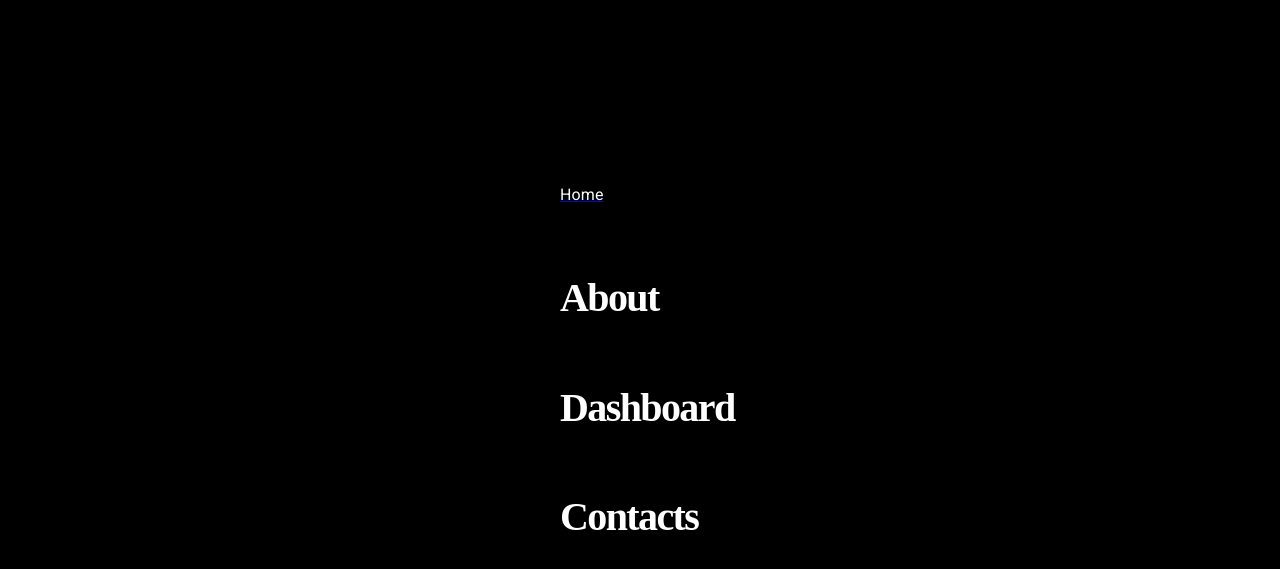
Repository: Rinzlerte/react-reveale-animation
Page: /menu
These files come from the project's save history. The page is drawn as it stood at one moment and after the next save; the edit follows.
The browser window is 1280 px wide. The pictures show the whole page.
The project was rebuilt for these pictures with package versions that can differ from the ones it lists, and the page was loaded fresh each time. Also part of the build but not shown: src/components/home/Featured.jsx, src/components/home/Header.jsx, src/components/ui/ArrowBtn.js, src/components/home/Home.jsx.

Above is the page before, as saved 2019-10-18 23:52:28.

### public/index.html
<!DOCTYPE html>
<html lang="en">
  <head>
    <meta charset="utf-8" />
    <link rel="icon" href="%PUBLIC_URL%/favicon.ico" />
    <meta name="viewport" content="width=device-width, initial-scale=1" />
    <meta name="theme-color" content="#000000" />
    <meta
      name="description"
      content="Web site created using create-react-app"
    />
    <link rel="apple-touch-icon" href="logo192.png" />
    <link rel="stylesheet" href="https://fonts.googleapis.com/css?family=Roboto:300,400,500,700&display=swap" />
    <!--
      manifest.json provides metadata used when your web app is installed on a
      user's mobile device or desktop. See https://developers.google.com/web/fundamentals/web-app-manifest/
    -->
    <link rel="manifest" href="%PUBLIC_URL%/manifest.json" />
    <!--
      Notice the use of %PUBLIC_URL% in the tags above.
      It will be replaced with the URL of the `public` folder during the build.
      Only files inside the `public` folder can be referenced from the HTML.

      Unlike "/favicon.ico" or "favicon.ico", "%PUBLIC_URL%/favicon.ico" will
      work correctly both with client-side routing and a non-root public URL.
      Learn how to configure a non-root public URL by running `npm run build`.
    -->
    <title>React App</title>
  </head>
  <body>
    <noscript>You need to enable JavaScript to run this app.</noscript>
    <div id="root"></div>
    <!--
      This HTML file is a template.
      If you open it directly in the browser, you will see an empty page.

      You can add webfonts, meta tags, or analytics to this file.
      The build step will place the bundled scripts into the <body> tag.

      To begin the development, run `npm start` or `yarn start`.
      To create a production bundle, use `npm run build` or `yarn build`.
    -->
  </body>
</html>

### src/App.js
import React, { Component } from 'react';
import Home from './components/home/Home';
import Navigation from './components/navigation/Navigation';

import { BrowserRouter, Route } from 'react-router-dom';


import './Resources/styles.css'

export default class App extends Component {
  render() {
    return (
      <BrowserRouter >
        <Route exact path="/" render={() => <Home />} />
        <Route path="/menu" render={() => <Navigation />}/>
      </BrowserRouter>
    )
  }
}

### src/components/navigation/Navigation.jsx
import React from 'react';
import List from '@material-ui/core/List';
import ListItem from '@material-ui/core/ListItem';
import ListItemText from '@material-ui/core/ListItemText';
import Divider from '@material-ui/core/Divider';

import './Navigation.css';
import {Link} from 'react-router-dom';

const Navigation = () =>  (
    <div className="menu"  style={{ height:`${window.innerHeight}px`}}>
        <List className="menu-box">
            <ListItem>
                <Link  to="/">
                    <ListItemText primary="Home" className="menu-box-link"/>
                </Link>
            </ListItem>
            <Divider/>
            <ListItem><Link className="menu-box-link" to="/about">About</Link></ListItem>
            <Divider/>
            <ListItem><Link className="menu-box-link" to="/proects">Dashboard</Link></ListItem>
            <Divider/>
            <ListItem><Link className="menu-box-link" to="/contacts">Contacts</Link></ListItem>
        </List>
    </div>
);

export default Navigation;

### src/Resources/styles.css
body {
  margin: 0;
  font-family: -apple-system, BlinkMacSystemFont, "Segoe UI", "Roboto", "Oxygen",
    "Ubuntu", "Cantarell", "Fira Sans", "Droid Sans", "Helvetica Neue",
    sans-serif;
  -webkit-font-smoothing: antialiased;
  -moz-osx-font-smoothing: grayscale;
  padding: 0;
  box-sizing: border-box;
  font-family: "Roboto", sans-serif;
}

code {
  font-family: source-code-pro, Menlo, Monaco, Consolas, "Courier New",
    monospace;
}

.home{
  width: 100%;
}

.header_logo{
  color: white;
  font-size: 28px;
}

.home{
  display: flex;
  justify-content: space-between;
  align-items: center;
  flex-direction: column;
}
.footer{
  bottom: 0;
  position: absolute;
  display: block;
  width: 100%;
  height: 80px;
  z-index: 99;
  display: flex;
  align-items: center;
  justify-content: space-around;
}

.myarrow{
  background-size: cover !important;
  display: block;
}

### src/components/navigation/Navigation.css
.menu{
    width: 100%;
    display: flex;
    justify-content: space-around;
    flex-direction: column;
    align-items: center;
    background-color: #000000;
}

.menu-box{
    pointer-events: none;
    opacity: 1;
    width: 550px;
    /* transform: matrix(1.1, 0, 0, 1.1, 341, 228); */
    height: 400px;
    display: flex;
    justify-content: space-around;
    flex-direction: column;
    align-content: center;
}

.menu-box-link{
    display: block;
    text-decoration: none;
    text-align: center;
    letter-spacing: -0.04em;
    transform-origin: center center 0px;
    will-change: transform;
    cursor: pointer;
    color: #ffffff;
    font-size: 40px;
    font-weight: 700;
    font-family: GothamHTF;
    text-align: center;
    transform: translate3d(179px, 0px, 0px);
    visibility: inherit;
    opacity: 1;
    pointer-events: auto;
}
.menu-box-link:hover{
    opacity: 0.6;
    transform: translate3d(179px, 0px, 0px) scale(1.05, 1.05);
}

Loaded but not shown: src/index.js (common file)

After the next save:
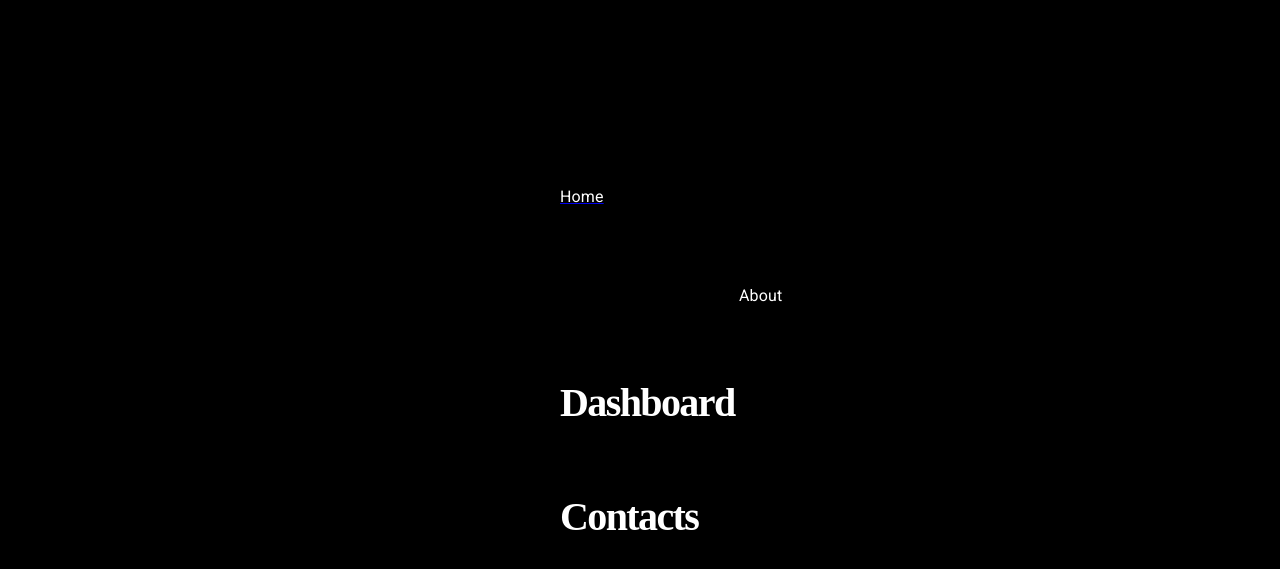
Saved 89 s later.
--- a/src/components/navigation/Navigation.jsx
+++ b/src/components/navigation/Navigation.jsx
@@ -10,17 +10,25 @@ import {Link} from 'react-router-dom';
 const Navigation = () =>  (
     <div className="menu"  style={{ height:`${window.innerHeight}px`}}>
         <List className="menu-box">
-            <ListItem>
+            <ListItem button>
                 <Link  to="/">
                     <ListItemText primary="Home" className="menu-box-link"/>
                 </Link>
             </ListItem>
             <Divider/>
-            <ListItem><Link className="menu-box-link" to="/about">About</Link></ListItem>
+            <ListItem button>
+                <Link className="menu-box-link" to="/about">
+                    <ListItemText primary="About" className="menu-box-link"/></Link>
+                </ListItem>
             <Divider/>
-            <ListItem><Link className="menu-box-link" to="/proects">Dashboard</Link></ListItem>
+            <ListItem button>
+                <Link className="menu-box-link" to="/proects">Dashboard</Link>
+
+                </ListItem>
             <Divider/>
-            <ListItem><Link className="menu-box-link" to="/contacts">Contacts</Link></ListItem>
+            <ListItem button>
+                <Link className="menu-box-link" to="/contacts">Contacts</Link>
+            </ListItem>
         </List>
     </div>
 );
